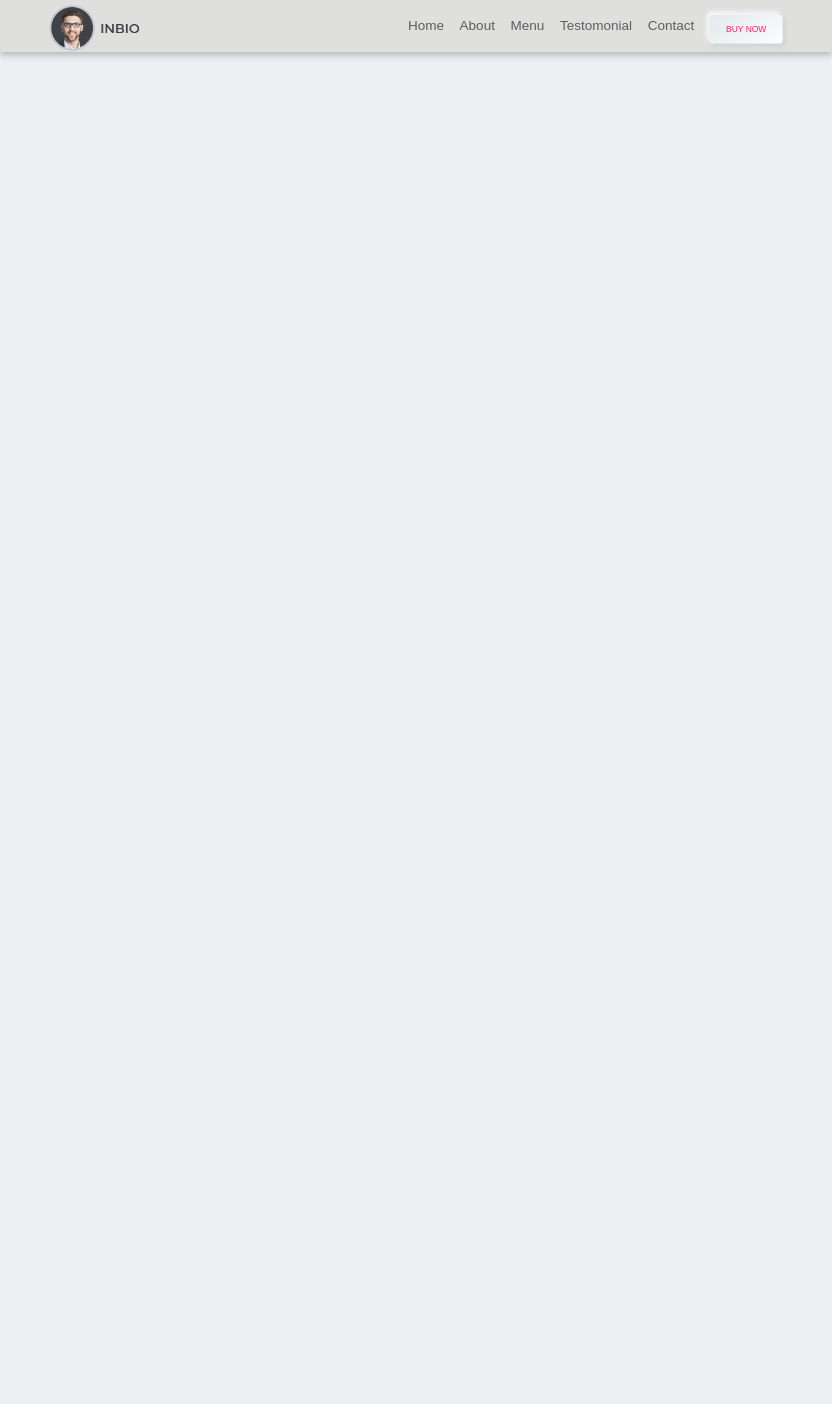
Repository: Sanjayjangra88/PortFolio
Page: /
The author's editor kept a copy of each file at every save. The page is drawn from the files as they stood at one save, then again after the next save.
The browser window is 1280 px wide. The pictures show the whole page, at 65% of full size.
Some web libraries are served in a nearby version. The project was rebuilt for these pictures with package versions that can differ from the ones it lists, and the page was loaded fresh each time. Imported but missing from the stored project, and not drawn on this page: src/Components/Header/Navbar.

Above is the page before, as saved 2022-09-10 17:56:45.

After the next save:
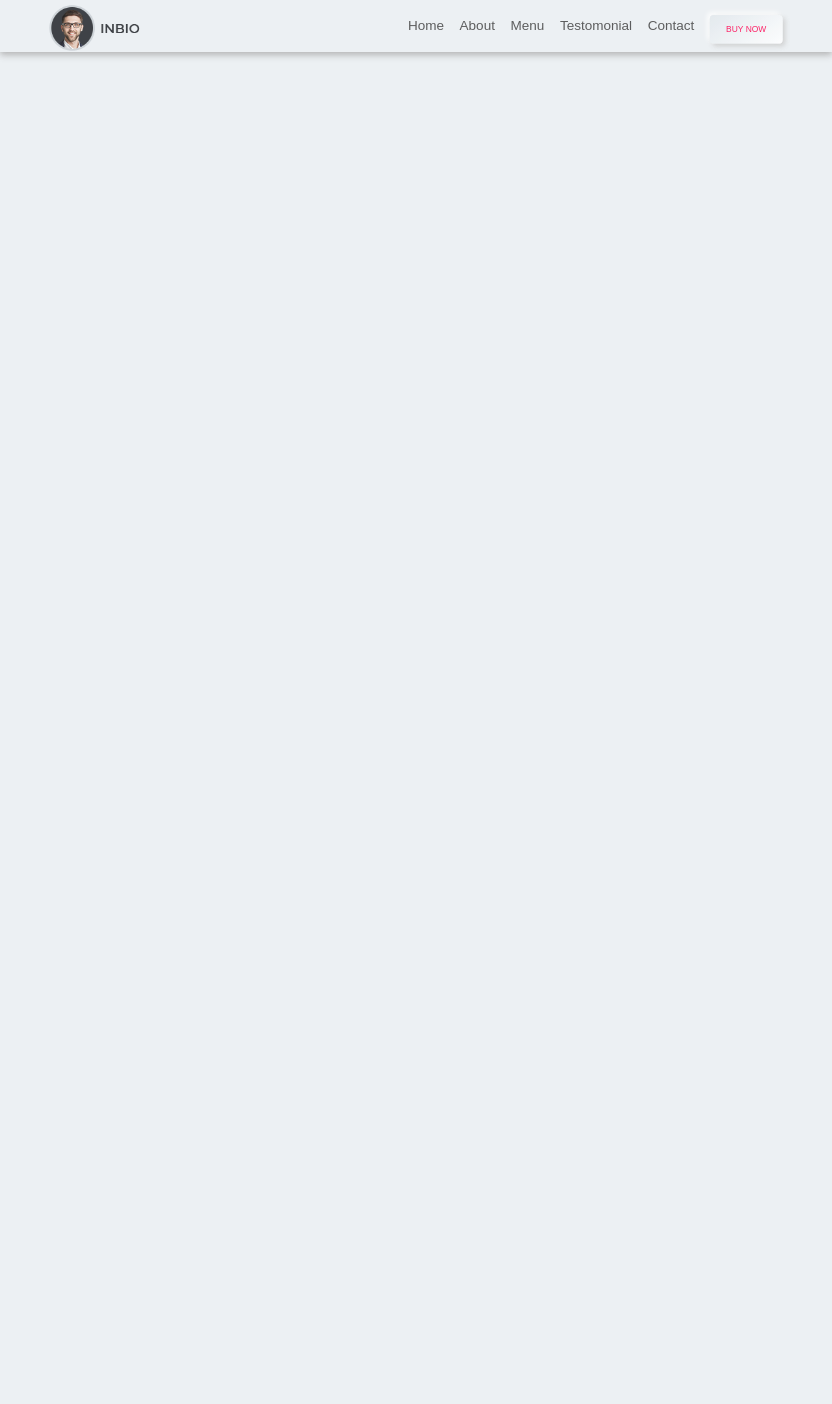
Saved 59 s later.
--- a/src/Components/Header/header.css
+++ b/src/Components/Header/header.css
@@ -26,7 +26,7 @@
     box-shadow: 0px 5px 10px 0px #aaa;
     position: fixed;
     width: 100%;
-    background: #DDDDDA;
+    background: #EOECOE;
     color: #000;
     opacity: 0.85;
     z-index: 100;
